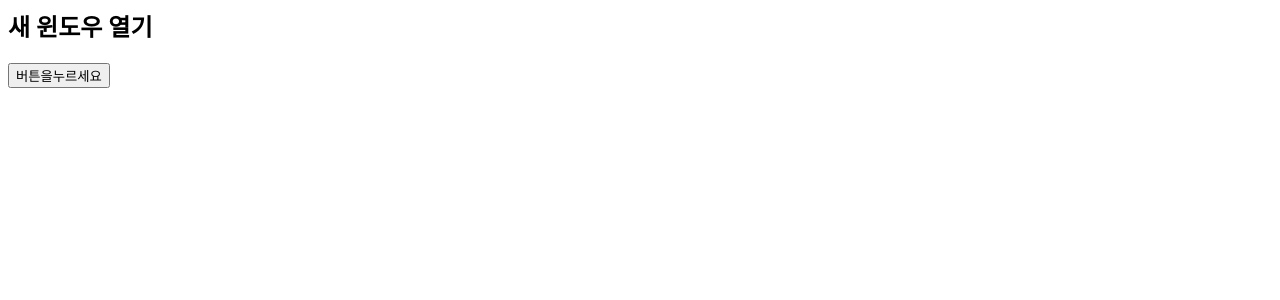
Repository: kisunssong/jsp
Page: http://localhost/test/day3.jsp
The author's editor kept a copy of each file at every save. The page is drawn from the files as they stood at one save, then again after the next save.
The browser window is 1280 px wide. The pictures show the whole page.
The page is served by Tomcat 9.

Above is the page before, as saved 2020-11-08 08:57:27.
Console error: SyntaxError: Unexpected token '{'

After the next save:
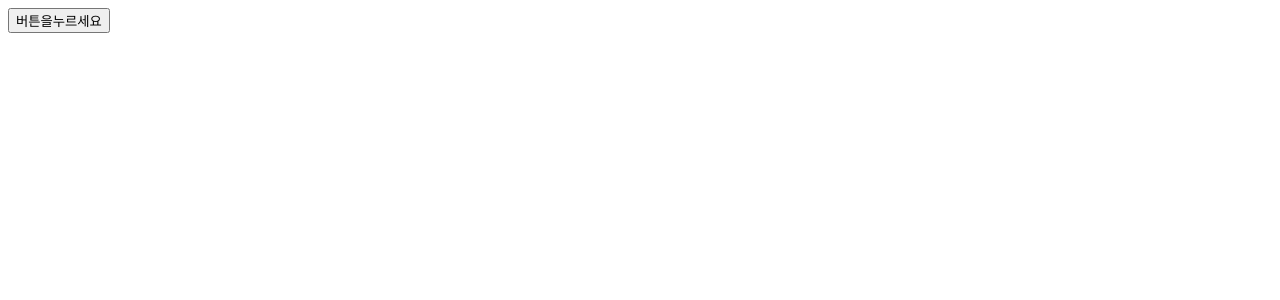
Saved 7 s later.
--- a/test/WebContent/day3.jsp
+++ b/test/WebContent/day3.jsp
@@ -15,7 +15,6 @@ function test() {
 </script>
 </head>
 <body>
-<h2>새 윈도우 열기</h2>
 <input type="button" value="버튼을누르세요" onClick=test()>
 </body>
 </html>
